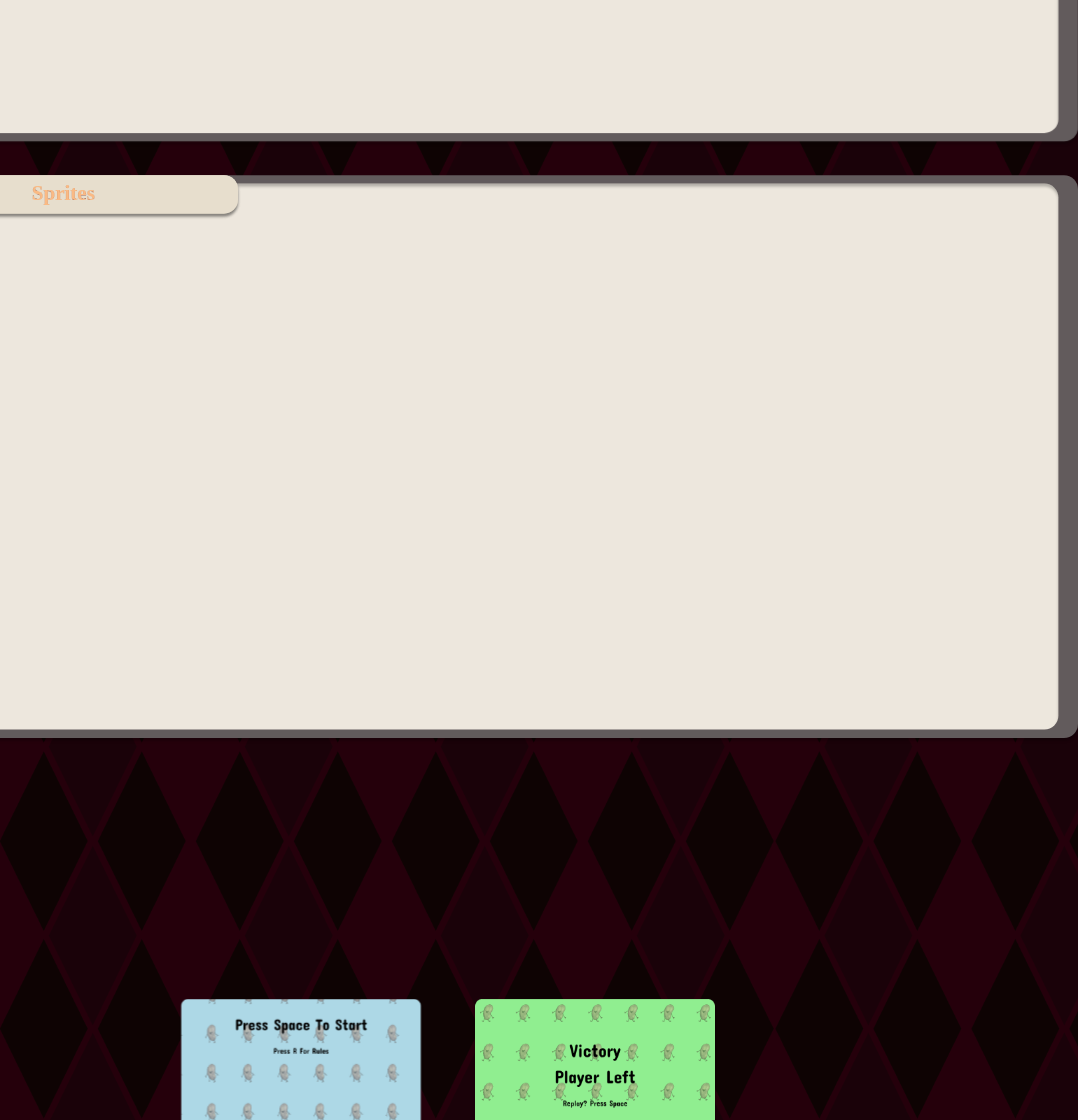
Repository: EMP-ChristinaC/Portfolio
Page: projects/potato-shuffle/potato.html
These files come from the project's save history. The page is drawn as it stood at one moment and after a run of saves; the edit follows.
The browser window is 1280 px wide. The page is 1540 px wide, so the pictures cover 1540 px, including what lies to the right of the window. The pictures show the part of the page from y = 1597 to 3197 px (the page is 6212 px tall before and 6251 px after), at 70% of full size.
Some web fonts or font styles are not loaded; a fallback is used.

Above is the page before, as saved 2024-12-08 19:48:46.

### projects/potato-shuffle/potato.html
<!DOCTYPE html>
<html lang="en">

<head>
    <meta charset="UTF-8">
    <meta name="viewport" content="width=device-width, initial-scale=1.0">
    <title>CC- Project Potato Shuffle</title>
    <!--- ////////////////// OUTSIDE STYLES //////////////////-->


    <!--- ///////////////// GOOGLE FONTS  ////////////////////-->
    <link rel="preconnect" href="https://fonts.googleapis.com">
    <link rel="preconnect" href="https://fonts.gstatic.com" crossorigin>
    <link
        href="https://fonts.googleapis.com/css2?family=Overlock:ital,wght@0,400;0,700;0,900;1,400;1,700;1,900&family=Vast+Shadow&display=swap"
        rel="stylesheet">

    <!--- /////////////// MY STYLES ////////////////-->

    <link rel="stylesheet" href="potato.css">
    <link rel="stylesheet" href="../../nav.css">
    <link rel="stylesheet" href="media-style-phone-potato.css">
    <link rel="stylesheet" href="../../media-style-two.css">
    <link rel="stylesheet" href="media-style-mac-potato.css">

    <!--- //////////////// FAVICON LINKS ///////////////////-->
    <link rel="shortcut icon" href="../../image/logo.png" type="image/x-icon">
    <link rel="icon" href="../../image/logo.png" type="image/x-icon">

</head>

<body class="home-potato">

    <!--- /////////////////////// NAVIGATION /////////////////////-->
    <header class="navigation">
        <img class="nav-background" src="../../image/nav-background.png"
            alt="A decor for the nav, it holds a logo with diamond patterns in the background.">


        <a href="../../index.html " class="nav-home">Stage</a>
        <a href="../../about-page/about.html" class="nav-about">Director</a>
        <a href="../../contact-page/contact.html" class="nav-contact">Contact</a>
        <a href="../../main-project-page/projects.html" class="nav-projects current">Projects</a>
    </header>


    <!--- /////////////////////// ARROW BUTTON /////////////////////-->
    <a href="../../projects/sniffle/sniffle.html"><img src="../../image/left-arrow.png" class="side-button-left" alt="A."></a>


    <a href="../../projects/smash-n-dash/smash.html"><img src="../../image/right-arrow.png" class="side-button-right" alt="A."></a>



    <!--- /////////////////////// BOX OUTLINE ///////////////////////-->
    <div class="box-outline-outside-potato-overview">
        <div class="box-outline-inside-potato-overview"></div>

        <!-- <div class="dia-left-potato">
            <img src="../../image/Dia-bottom-left.png"
                alt="A diamond pattern decor that is placed onto the bottom left of the box outline">
        </div>

        <div class="dia-right-potato">
            <img src="../../image/Dia-top-right.png"
                alt="A diamond pattern decor that is placed onto the bottom left of the box outline">
        </div> -->


    <div class="box-outline-paragraph-potato">
        <div class="details-potato">
            <h2>About:</h2>
            <p>
                A digital coding game inspired by Hot Potato and WarioWare. It takes elements from both games and with
                the help of Makey-Makey, it creates a fun interactive game.
                <!-- <br><br>
                Here are some images of the game. -->
            </p>
        </div>
    </div>


    <div class="box-outline-type-potato">
        <div class="type-potato">
            <p> Project Type:
                <br>
                Interactive Game
                <br><br>
                Date:
                <br>
                December 2023
                <br><br>
                Link:
                <br>
                <a href="https://emp-christinac.github.io/Potato-Shuffle/index.html">Github</a>
                <br><br>
                Role:
                <br>
                Lead Coder
            </p>
        </div>

<!-- <div class="type-two">
    <p>
        Link:
        <br>
        <a href="https://emp-christinac.github.io/Potato-Shuffle/index.html">Github</a>
        <br><br>
        Role:
        <br>
        Lead Coder
    </p>
</div> -->


        <!-- <div class="type-potato-phone">
            <p> Project Type:
                <br>
                Digital Game
                <br><br>
                Date:
                <br>
                December 2023
            </p>
        </div> -->

        <!-- <div class="type-potato-phone-two">
            <p>
                Link:
                <br>
                <a href="https://empxnifl.github.io/Potato-Shuffle/index.html">Github</a>
                <br><br>
                Role:
                <br>
                Lead Coder
            </p>
        </div> -->
    </div>

    <div class="box-outline-credit">
        <div class="credit">
            <p>Credit to:
                <br>
                Roman Lopez [Lead Designer]
                <br>
                Dominic Perron [Lead Interaction]
            </p>
        </div>

        <div class="mc-overview">
            <img src="../../image/Main-Screen.png" alt="A overview of the project Potato Shuffle.">
        </div>

    </div>




    <div class="box-outline-heading-potato">
        <div class="potato-title">
            <h1>Potato Shuffle</h1>
        </div>
    </div>
</div>
    <!--- ////////////////////////-->
    <div class="box-outline-outside-potato-play">
        <div class="box-outline-inside-potato-play"></div>

        <div>
            <div class="play">
                <p>
                </p>
            </div>

    </div>


    <!--- ////////////////////////-->

    <div class="box-outline-outside-potato-progress">
        <div class="box-outline-inside-potato-progress"></div>

        <!-- <div class="dia-left-two-potato">
            <img src="../../image/Dia-bottom-left.png"
                alt="A diamond pattern decor that is placed onto the bottom left of the box outline">
        </div>

        <div class="dia-right-two-potato">
            <img src="../../image/Dia-top-right.png"
                alt="A diamond pattern decor that is placed onto the bottom left of the box outline">
        </div> -->

        <div class="box-outline-heading-two-potato">
            <div class="heading-two">
                <h1>Menu Design</h1>
            </div>
        </div>
        <div class="box-outline-heading-three-potato">
            <div class="heading-three">
                <h1>Sprites</h1>
            </div>
        </div>

        <div class="potato-menu-one">
            <img src="../../image/Home.png" alt="The home screen of the project.">
        </div>


        <div class="potato-menu-two">
            <img src="../../image/Victory.png" alt="The victory screen of the project.">
        </div>

        <!--- ////////////////////////-->

        <div class="potato-sprites">
            <img src="../../image/potato_sway.gif" alt="A potato gif that shows the potato swaying left and right.">
        </div>


        <div class="potato-sprites-two">
            <img src="../../image/Fail.gif" alt="A explosion gif that says boom.">
        </div>

        <div class="potato-sprites-three">
            <img src="../../image/potato_flip.gif" alt="A potato gif that shows the potato fliping.">
        </div>



    </div>


    <!--- ////////////////////////-->

    <div class="box-outline-outside-potato">
        <div class="box-outline-inside-potato"></div>
        <!-- <div class="dia-left-three-potato">
            <img src="../../image/Dia-bottom-left.png"
                alt="A diamond pattern decor that is placed onto the bottom left of the box outline">
        </div>

        <div class="dia-right-three-potato">
            <img src="../../image/Dia-top-right.png"
                alt="A diamond pattern decor that is placed onto the bottom left of the box outline">
        </div> -->


        <div class="box-outline-heading-four-potato">
            <div class="heading-four-potato">
                <h1>Mini-Game Design</h1>
            </div>

            <div class="potato-event-one">
                <img src="../../image/Event-1.png" alt="One of five mini-game from the project. It shows a character running.">
            </div>

            <div class="potato-event-two">
                <img src="../../image/Event-2.png"
                    alt="One of five mini-game from the project. It shows a character shooting at a muffen.">
            </div>


            <div class="potato-event-three">
                <img src="../../image/Event-3.png"
                    alt="One of five mini-game from the project. It shows a potato dropping into a basket.">
            </div>

            <div class="potato-event-four">
                <img src="../../image/Event-4.png"
                    alt="One of five mini-game from the project. It shows a character digging up a potato.">
            </div>


            <div class="potato-event-five">
                <img src="../../image/Event-5.png" alt="One of five mini-game from the project. It shows a potato being peeled.">
            </div>

        </div>

    </div>

    <!--- ////////////////////////-->

    <div class="box-outline-outside-foot">
        <div class="box-outline-inside-foot"></div>

            <footer class="section">
                <p>© 2024 by Christina Chan. Powered and secured by Github</p>

                <div>
                    <a class="github" href="https://github.com/EMP-ChristinaC"> <img src="../../image/Github-icon.png"
                            alt="Github icon image."></a>

                    <a class="twitter" href="https://x.com/EMP_Nifl"> <img src="../../image/Twitter-Icon.png"
                            alt="Twitter icon image."></a>

                    <a class="discord" href="https://discordapp.com/users/456539039286165514"> <img src="../../image/discord-icon.webp"
                            alt="Discord icon image."></a>

                    <a class="linkedin" href="https://www.linkedin.com/in/christina-chan-290a29323/"> <img src="../../image/Linkedin-icon.webp"
                            alt="Linkedin icon image."></a>
                </div>

            </footer>
    </div>
    <!--- /////////////////////// DECOR  ///////////////////////-->


    <!-- <div class="left-curtain">
        <img src="../../image/curtains-left.png" alt="A curtain decor that is placed on the left side of the website.">
    </div>

    <div class="right-curtain">
        <img src="../../image/curtain-right.png" alt="A curtain decor that is placed on the right side of the website.">
    </div> -->

    <!--- /////////////////////// TEXT ///////////////////////-->


    <!--- /////////////////////// IMAGES ///////////////////////-->


    <!--- ////////////////////////-->




    <!--- ////////////////////////-->



</body>

</html>

### projects/potato-shuffle/potato.css

/*///////////////////////////////// Box Outline ////////////////////////////*/
.box-outline-outside-potato-overview,
.box-outline-outside-potato-progress,
.box-outline-outside-potato-play {
    width: 1800px;
    height: 804px;
    background: rgba(98, 91, 92);
    box-shadow: 0px 4px 4px rgba(0, 0, 0, 0.25);
    border-radius: 20px;
}

.box-outline-outside-potato-overview {
    position: absolute;
    top: 50%;
    left: 50%;
    transform: translate(-50%, -27%);
}

.box-outline-outside-potato-play {
    position: absolute;
    top: 50%;
    left: 50%;
    transform: translate(-50%, 79%);
}

.box-outline-outside-potato-progress {
    position: absolute;
    top: 50%;
    left: 50%;
    transform: translate(-50%, 56%);
}

/*//////////////////////////////////*/


.box-outline-outside-potato {
    width: 1800px;
    height: 990px;
    background: rgba(98, 91, 92);
    box-shadow: 0px 4px 4px rgba(0, 0, 0, 0.25);
    border-radius: 20px;
}

.box-outline-outside-potato {
    position: absolute;
    top: 50%;
    left: 50%;
    transform: translate(-50%, 2340px);
}



/*//////////////////////////////////////////////////////////////////////////////*/

.box-outline-inside-potato-overview,
.box-outline-inside-potato-progress,
.box-outline-inside-potato-play {
    width: 1745px;
    height: 780px;
    background: #EDE7DD;
    box-shadow: 0px 4px 4px rgba(0, 0, 0, 0.25) inset;
    border-radius: 20px;
}

.box-outline-inside-potato-play {
    position: absolute;
    top: 1.5%;
    left: 1.5%;
}

.box-outline-inside-potato-overview {
    position: absolute;
    top: 1.5%;
    left: 1.5%;
    /* transform: translate(-50%, -26.3%); */
}


.box-outline-inside-potato-progress {
    position: absolute;
    top: 1.5%;
    left: 1.5%;
    /* transform: translate(-50%, 84%); */
}


.box-outline-inside-potato {
    width: 1745px;
    height: 960px;
    background: #EDE7DD;
    box-shadow: 0px 4px 4px rgba(0, 0, 0, 0.25) inset;
    border-radius: 20px;
}

.box-outline-inside-potato {
    position: absolute;
    top: 1.5%;
    left: 1.5%;
    /* transform: translate(-50%, 1506px); */
}



/*///////////////////////////HEADING BOX////////////////////////////*/



.box-outline-heading-potato {
    width: 1700px;
    height: 20px;
    background: #E7DECD;
    box-shadow: 0px 4px 4px rgba(0, 0, 0, 0.25);
    border-radius: 20px;
    z-index: 1;
}

.box-outline-heading-potato {
    position: absolute;
    top: 28%;
    left: 50%;
    transform: translate(-50%, -920%);
}



.box-outline-heading-two-potato,
.box-outline-heading-three-potato,
.box-outline-heading-four-potato {
    height: 55px;
    background: #E7DECD;
    box-shadow: 0px 4px 4px rgba(0, 0, 0, 0.25);
    border-radius: 20px;
    z-index: 1;
    position: absolute;
    top: 0%;
    left: 5%;
}

.box-outline-heading-two-potato {
    /* transform: translate(-50%, 1270%); */
    width: 510px;
}

.box-outline-heading-three-potato {
    /* transform: translate(-50%, 1900%); */
    width: 510px;
}

.box-outline-heading-four-potato {
    /* transform: translate(-50%, 2800%); */
    width: 510px;
}

.box-outline-heading-five-potato {
    /* transform: translate(-50%, 3450%); */
    width: 510px;
}

/*/////////////////////////////////////*/

.box-outline-paragraph-potato,
.box-outline-type-potato,
.box-outline-credit {
    /* background: #E7DECD;
    box-shadow: 0px 4px 4px rgba(0, 0, 0, 0.25);
    border-radius: 20px; */
    position: absolute;
    top: 50%;
    left: 30%;
}


.box-outline-paragraph-potato {
    width: 375px;
    height: 330px;
    transform: translate(-116%, -10%);
    z-index: 1;
}


.box-outline-type-potato {
    width: 375px;
    height: 200px;
    transform: translate(-116%, 90%);
    z-index: 1;
}

.box-outline-credit {
    width: 375px;
    height: 60px;
    transform: translate(-30%, 350%);
    z-index: 1;
}



/*/////////////////////////////////////*/

.box-outline-outside-foot {
    width: 100%;
    height: 200px;
    background: rgba(98, 91, 92);
    box-shadow: 0px 4px 4px rgba(0, 0, 0, 0.25);
    border-radius: 20px 20px 0 0;
    position: absolute;
    top: 50%;
    left: 50%;
    transform: translate(-50%, 1690%);
}

/*/////////////////////////////////////*/

.box-outline-inside-foot {
    width: 99%;
    height: 185px;
    position: absolute;
    background: #EDE7DD;
    box-shadow: 0px 4px 4px rgba(0, 0, 0, 0.25) inset;
    border-radius: 20px 20px 0 0;
    position: absolute;
    /* transform: translate(-50%, 1359%); */
    top: 8%;
    left: 0.5%;
}



/*///////////////////////////////// Decor ////////////////////////////*/

.dia-left-potato img {
    position: absolute;
    top: 27%;
    left: 50%;
    transform: translate(-384%, 205%);
}

.dia-right-potato img {
    position: absolute;
    top: 27%;
    right: 50%;
    transform: translate(385%, -107%);
}

/*//////////////////////////////////////////////////////////////////////*/

.dia-left-two-potato img {
    position: absolute;
    top: -80%;
    left: 50%;
    transform: translate(-384%, 656%);
}

.dia-right-two-potato img {
    position: absolute;
    top: -80%;
    right: 50%;
    transform: translate(385%, 344%);
}

/*/////////////////////////////////////*/

.dia-left-three-potato img {
    position: absolute;
    top: -186%;
    left: 50%;
    transform: translate(-384%, 1378%);
}

.dia-right-three-potato img {
    position: absolute;
    top: -186%;
    right: 50%;
    transform: translate(385%, 972%);
}

/*/////////////////////////////////////*/

.left-curtain {
    position: fixed;
    top: 0%;
    left: 11%;
    transform: translate(-100%);
}

.right-curtain {
    position: fixed;
    top: 0%;
    right: 11%;
    transform: translate(100%);
}

/*///////////////////////////////// Heading Text ////////////////////////////*/

.potato-title {
    width: 827px;
    text-align: center;
    color: #FABA84;
    font-size: 25px;
    font-family: Vast Shadow;
    font-weight: 400;
    -webkit-text-stroke: 0.1px #4C0B13;
    z-index: 1;
}

.potato-title {
    position: absolute;
    top: -20%;
    left: -9%;
    /* transform: translate(-50%, -320%); */
}


.heading-two,
.heading-three,
.heading-four-potato {
    width: 827px;
    text-align: center;
    color: #FABA84;
    font-family: Vast Shadow;
    font-weight: 400;
    -webkit-text-stroke: 0.1px #4C0B13;
    z-index: 1;
    position: absolute;
    top: -20%;
    left: -30%;
    font-size: 15px;
}



/*///////////////////////////////// Paragraph Text ////////////////////////////*/

.details-potato p,
.details-potato h2,
.type-potato p,
.type-two p,
.credit p {
    color: #1E1E1E;
    font-family: Overlock;
    font-weight: 900;

}
.details-potato h2 {
    width: 600px;
    font-size: 35px;
    line-height: 32px;
    letter-spacing: 2px;
    position: absolute;
    top: -70%;
    left: 5%;
    z-index: 1;
}

.details-potato p {
    width: 600px;
    font-size: 25px;
    line-height: 32px;
    letter-spacing: 2px;
    position: absolute;
    top: -55%;
    left: 5%;
    z-index: 1;
    /* transform: translate(-90%, -28%); */

}

.type-potato p {
    width: 440px;
    font-size: 25px;
    line-height: 28px;
    letter-spacing: 2px;
    position: absolute;
    top: -100%;
    left: 5%;
    /* transform: translate(-95%, 105%); */
    z-index: 1;

}

.type-two p {
    width: 440px;
    font-size: 25px;
    line-height: 28px;
    letter-spacing: 2px;
    position: absolute;
    top: 0%;
    left: 64%;
    /* transform: translate(-42%, 420%); */
    z-index: 1;
}

.credit p {
    width: 440px;
    font-size: 25px;
    line-height: 32px;
    letter-spacing: 2px;
    position: absolute;
    top: -385%;
    left: 5%;
    /* transform: translate(-42%, 420%); */
    z-index: 1;
}





/*/////////////////////////////////////*/

footer.section {
    text-align: center;
    color: black;
    font-size: 14px;
    font-family: Overlock;
    font-weight: 400;

    width: 500px;
    position: absolute;
    top: 50%;
    left: 50%;
    transform: translate(-53%, 80%);

}

footer.section p {
    width: 100%;
    height: 100%;
    transform: translate(1%, 35%);
}


/*///////////////////////////////// Images ////////////////////////////*/


.mc-overview {
    width: 775px;
    height: 675px;
    position: absolute;
    top: -750%;
    left: 155%;
    overflow: hidden;
    box-shadow: 0px 4px 4px rgba(0, 0, 0, 0.25);
    border-radius: 30px;
    transform: translate(-8%, -11%);
    }



.mc-overview img {
    width: 100%;
    height: 105%;
    object-fit: cover;
    transform: translate(-0%, 0%);

    transition: all 0.3s ease-in-out;
}


.potato {
    width: 258px;
    height: 547px;
    box-shadow: 0px 4px 4px rgba(0, 0, 0, 0.25);
    border-radius: 20px;
    background-position: center;

    position: absolute;
    top: 50%;
    left: 50%;
    transform: translate(70%, 302%);
}

.potato-projects {
    width: 258px;
    height: 547px;
    box-shadow: 0px 4px 4px rgba(0, 0, 0, 0.25);
    border-radius: 20px;
    background-position: center;

    position: absolute;
    top: 50%;
    left: 50%;
    transform: translate(70%, -5%);
}

.potato-menu-one img {
    width: 350px;
    height: 250px;
    position: absolute;
    top: 50%;
    left: 50%;
    transform: translate(-110%, 310%);
}

.potato-menu-two img {
    width: 350px;
    height: 250px;
    position: absolute;
    top: 50%;
    left: 50%;
    transform: translate(10%, 310%);
}


.potato-sprites img {
    width: 300px;
    height: 300px;
    position: absolute;
    top: 50%;
    left: 50%;
    transform: translate(-150%, 370%);
}

.potato-sprites-two img {
    width: 300px;
    height: 300px;
    position: absolute;
    top: 50%;
    left: 50%;
    transform: translate(-50%, 370%);
}

.potato-sprites-three img {
    width: 300px;
    height: 300px;
    position: absolute;
    top: 50%;
    left: 50%;
    transform: translate(50%, 370%);
}

.potato-event-one img {
    width: 409px;
    height: 266px;
    position: absolute;
    top: 50%;
    left: 50%;
    transform: translate(-105%, 610%);
}

.potato-event-two img {
    width: 409px;
    height: 266px;
    position: absolute;
    top: 50%;
    left: 50%;
    transform: translate(4%, 610%);
}

.potato-event-three img {
    width: 409px;
    height: 266px;
    position: absolute;
    top: 50%;
    left: 50%;
    transform: translate(-105%, 715%);
}

.potato-event-four img {
    width: 409px;
    height: 266px;
    position: absolute;
    top: 50%;
    left: 50%;
    transform: translate(4%, 715%);
}

.potato-event-five img {
    width: 409px;
    height: 266px;
    position: absolute;
    top: 50%;
    left: 50%;
    transform: translate(-105%, 820%);
}

/*/////////////////////////////////////*/
.github {
    width: 45px;
    height: 45px;
    position: absolute;
    top: 50%;
    left: 50%;
    overflow: hidden;
    box-shadow: 0px 4px 4px rgba(0, 0, 0, 0.25);
    border-radius: 30px;
    transform: translate(-250%, -180%);
}

.github img {
    width: 100%;
    height: 100%;
    object-fit: cover;
    transition: all 0.3s ease-in-out;
    transform: translate(0%, 0%);
}

.twitter {
    width: 45px;
    height: 45px;
    position: absolute;
    top: 50%;
    left: 50%;
    overflow: hidden;
    box-shadow: 0px 4px 4px rgba(0, 0, 0, 0.25);
    border-radius: 30px;
    transform: translate(-100%, -180%);
}

.twitter img {
    width: 100%;
    height: 100%;
    object-fit: cover;
    transition: all 0.3s ease-in-out;
    transform: translate(-0%, -0%);
}


.discord {
    width: 45px;
    height: 45px;
    position: absolute;
    top: 50%;
    left: 50%;
    overflow: hidden;
    box-shadow: 0px 4px 4px rgba(0, 0, 0, 0.25);
    border-radius: 30px;
    transform: translate(50%, -180%);
}

.discord img {
    width: 100%;
    height: 100%;
    object-fit: cover;
    transition: all 0.3s ease-in-out;
    transform: translate(-0%, -0%);
}


.linkedin {
    width: 45px;
    height: 45px;
    position: absolute;
    top: 50%;
    left: 50%;
    overflow: hidden;
    box-shadow: 0px 4px 4px rgba(0, 0, 0, 0.25);
    border-radius: 30px;
    transform: translate(200%, -180%);
}

.linkedin img {
    width: 100%;
    height: 100%;
    object-fit: cover;
    transition: all 0.3s ease-in-out;
    transform: translate(-0%, -0%);
}

Loaded but not shown: projects/potato-shuffle/media-style-phone-potato.css (424 lines, source omitted); nav.css (208 lines, source omitted); projects/potato-shuffle/media-style-mac-potato.css (93 lines, source omitted); media-style-two.css (11 lines, source omitted)

After the next 4 saves:
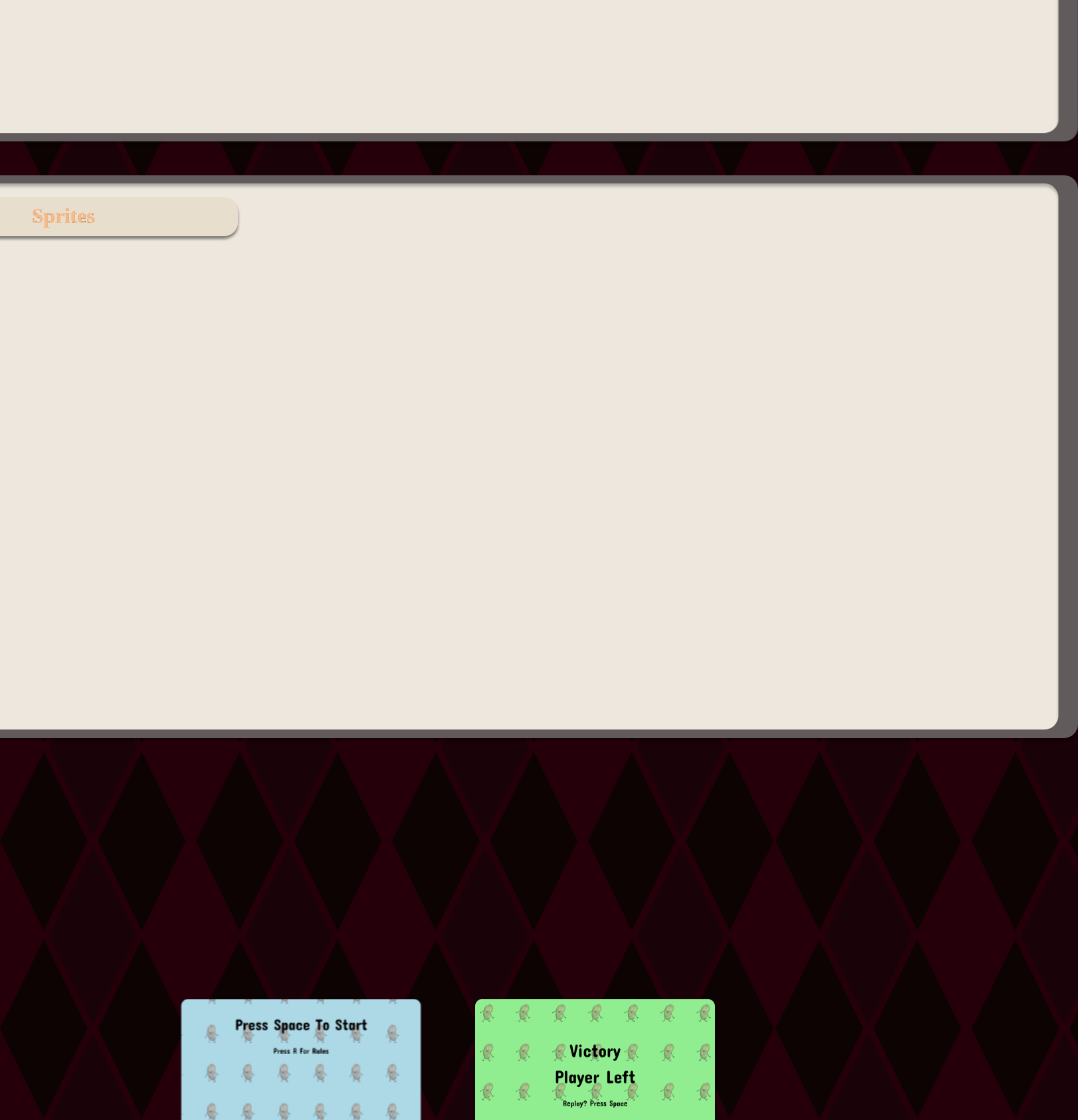
The 4 saves are shown as one change because they came seconds apart.
The last was saved 26 s later.
--- a/projects/potato-shuffle/potato.css
+++ b/projects/potato-shuffle/potato.css
@@ -133,7 +133,7 @@
     border-radius: 20px;
     z-index: 1;
     position: absolute;
-    top: 0%;
+    top: 4%;
     left: 5%;
 }
 
